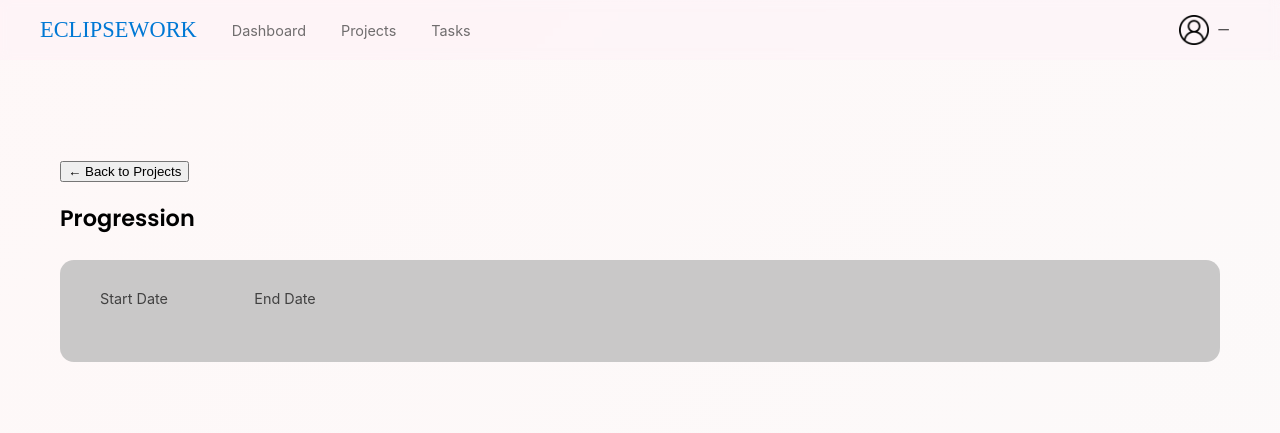
Repository: lynaannou/work-management-app
Page: src/main/resources/ressources/view/workspace.html
These files come from the project's save history. The page is drawn as it stood at one moment and after the next save; the edit follows.
The browser window is 1280 px wide. The pictures show the whole page.
Some web fonts or font styles are not loaded; a fallback is used.

Above is the page before, as saved 2025-12-25 00:24:08.

### src/main/resources/ressources/view/workspace.html
<!DOCTYPE html>
<html lang="fr">

<head>
    <meta charset="UTF-8" />
    <meta name="viewport" content="width=device-width, initial-scale=1.0" />
    <title>ECLIPSEWORK</title>
    <link rel="stylesheet" href="workspace.css" />
</head>

<body>

<header>
    <div class="left-zone">
        <h1 class="logo-title">ECLIPSEWORK</h1>

        <nav>
            <a href="#" onclick="goDashboard()">Dashboard</a>
            <a href="#" onclick="goProjects()">Projects</a>
            <a href="#" onclick="goTasks()">Tasks</a>
        </nav>
    </div>

    <div class="user-zone" style="cursor: pointer;">
        <img src="user.png" class="user-icon" />
        <span class="user-name">—</span>
    </div>
</header>

<!-- MAIN CONTENT -->
<section class="workspace-container">
    <button class="back-btn" onclick="goProjects()">← Back to Projects</button>

    <h2 class="workspace-title">Progression</h2>

    <div class="chart-container">

        <div class="chart-header">
            <span>Start Date</span>
            <span>End Date</span>
        </div>

        <div class="tasks-list"></div>

    </div>
</section>

<script>
/* =====================================================
   SAFE NAVIGATION (JAVA CONTROLS PAGES)
===================================================== */

function goProjects() {
    if (window.javaBridge && window.javaBridge.navigateTo) {
        console.log("⬅️ Navigating to projects");
        window.javaBridge.navigateTo("projects.html");
    } else {
        console.error("javaBridge.navigateTo not available");
    }
}

function goDashboard() {
    console.warn("Dashboard navigation not implemented yet");
}

function goTasks() {
    console.warn("Tasks navigation not implemented yet");
}
</script>
<script>
/* =====================================================
   MAIN DATA ENTRY POINT (CALLED FROM JAVA)
===================================================== */

function loadDashboard(data) {
    console.log("📊 Dashboard received:", data);

    if (!data || !data.workspace) {
        console.error("Invalid dashboard payload");
        return;
    }

    /* ===============================
       1. USER NAME (LEADER)
    =============================== */
    if (data.leader && data.leader.firstName && data.leader.lastName) {
        document.querySelector(".user-name").textContent =
            data.leader.firstName + " " + data.leader.lastName;
    } else {
        document.querySelector(".user-name").textContent = "User";
    }

    /* ===============================
       2. WORKSPACE TITLE
    =============================== */
    document.querySelector(".workspace-title").textContent =
        "Progression — " + data.workspace.name;

    /* ===============================
       3. TASKS (PROGRESSION BARS)
    =============================== */
    const tasksList = document.querySelector(".tasks-list");
    tasksList.innerHTML = "";

    if (!data.tasks || data.tasks.length === 0) {
        tasksList.innerHTML = "<p>No tasks available</p>";
        return;
    }

    data.tasks.forEach((task, i) => {
        const row = document.createElement("div");
        row.classList.add("task-row");

        const bar = document.createElement("div");
        bar.classList.add("task-bar");

        bar.textContent = task.title || "Untitled task";

        if (data.startPcts && data.endPcts) {
            bar.style.setProperty("--start", (data.startPcts[i] || 0) + "%");
            bar.style.setProperty("--end", (data.endPcts[i] || 0) + "%");
        }

        row.appendChild(bar);
        tasksList.appendChild(row);
    });

    /* ===============================
       4. TIMELINE DATES
    =============================== */
    const header = document.querySelector(".chart-header");

    const keepStart = header.children[0];
    const keepEnd = header.children[header.children.length - 1];

    while (header.children.length > 2) {
        header.removeChild(header.children[1]);
    }

    if (data.dateLabels && data.dateLabels.length > 0) {
        data.dateLabels.forEach(date => {
            const span = document.createElement("span");
            span.textContent = date;
            header.insertBefore(span, keepEnd);
        });
    }
}
</script>

</body>
</html>

### src/main/resources/ressources/view/workspace.css
@import url('https://fonts.googleapis.com/css2?family=Poppins:wght@300;400;600&display=swap');
@import url('https://fonts.googleapis.com/css2?family=Italiana&display=swap');

body {
    margin: 0;
    font-family: 'Inter', sans-serif;
    color: #fbfafa;
    background: linear-gradient(-47deg, #fbfafa, #fff7f7, #fdffff);
    background-size: 400% 400%;
    animation: gradientMove 15s ease infinite;
}

@keyframes gradientMove {
    0% { background-position: 0% 50%; }
    50% { background-position: 100% 50%; }
    100% { background-position: 0% 50%; }
}

/* ---------------- HEADER ---------------- */

header {
    position: fixed;
    top: 0;
    left: 0;
    width: 100vw;
    height: 60px;
    padding: 0 40px;

    display: flex;
    justify-content: space-between;
    align-items: center;

    background: rgba(252, 233, 245, 0.23);
    backdrop-filter: blur(5px);

    z-index: 100;
}

header .logo-title {
    font-family: 'Italiana', serif;
    font-weight: 400;
    font-size: 1.4rem;
    line-height: 100%;
    color: #0078D4;
}

.left-zone {
    display: flex;
    align-items: center;
    gap: 35px;
}

nav {
    display: flex;
    align-items: center;
    gap: 35px;
}

nav a {
    font-family: 'Inter', sans-serif;
    font-size: 0.9rem;
    text-decoration: none;
    color: #333;
    opacity: 0.7;
    transition: 0.2s;
}

nav a:hover {
    opacity: 1;
}

.user-zone {
    display: flex;
    align-items: center;
    gap: 8px;
    position: relative;
    left: -90px;
}

.user-icon {
    width: 30px;
    height: 30px;
}

.user-name {
    font-family: 'Poppins', sans-serif;
    font-size: 0.9rem;
    color: #000;
    opacity: 0.8;
}

/* ---------------- WORKSPACE ---------------- */

.workspace-container {
    margin-top: 120px;
    padding: 40px 60px;
    color: #000;
}

.workspace-title {
    font-family: 'Poppins', sans-serif;
    font-size: 1.4rem;
    font-weight: 600;
    margin-bottom: 25px;
}

.chart-container {
    background: #b3b3b3b2;
    border-radius: 14px;
    padding: 30px 40px;
}

.chart-header {
    display: grid;
    grid-template-columns: repeat(7, 1fr);
    font-size: 0.9rem;
    color: #333;
    opacity: 0.9;
    margin-bottom: 25px;
}

.tasks-list {
    display: flex;
    flex-direction: column;
    gap: 30px;
}

.task-row {
    position: relative;
    width: 100%;
    height: 25px;
}

.task-bar {
    position: absolute;
    top: 0;
    height: 100%;
    border-radius: 8px;

    background: linear-gradient(to right, #41b36e, #7ddf9e);

    color: white;
    font-size: 0.8rem;
    text-align: center;
    line-height: 25px;

    left: var(--start);
    width: calc(var(--end) - var(--start));
    transition: 0.3s;
}

.task-bar:hover {
    transform: scaleY(1.05);
}

After the next save:
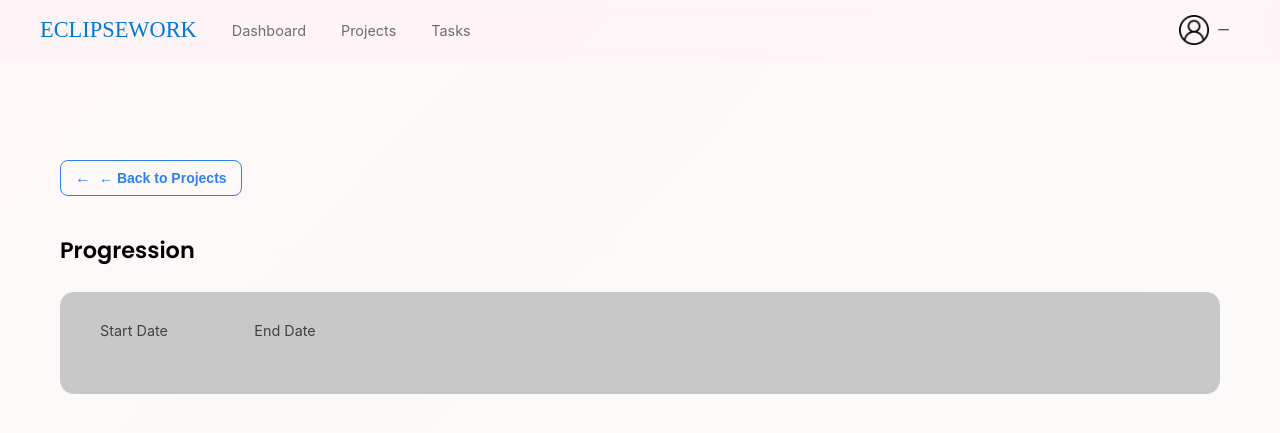
Saved 35 s later.
--- a/src/main/resources/ressources/view/workspace.css
+++ b/src/main/resources/ressources/view/workspace.css
@@ -152,3 +152,44 @@ nav a:hover {
 .task-bar:hover {
     transform: scaleY(1.05);
 }
+/* ===============================
+   BACK BUTTON
+================================ */
+
+.back-btn {
+    display: inline-flex;
+    align-items: center;
+    gap: 8px;
+
+    margin-bottom: 18px;
+    padding: 8px 14px;
+
+    background: transparent;
+    color: #2f80ed;
+
+    border: 1px solid #2f80ed;
+    border-radius: 8px;
+
+    font-size: 14px;
+    font-weight: 600;
+
+    cursor: pointer;
+    transition: all 0.2s ease-in-out;
+}
+
+/* Hover effect */
+.back-btn:hover {
+    background: #2f80ed;
+    color: #ffffff;
+}
+
+/* Click feedback */
+.back-btn:active {
+    transform: scale(0.97);
+}
+
+/* Optional arrow spacing */
+.back-btn::before {
+    content: "←";
+    font-size: 16px;
+}
